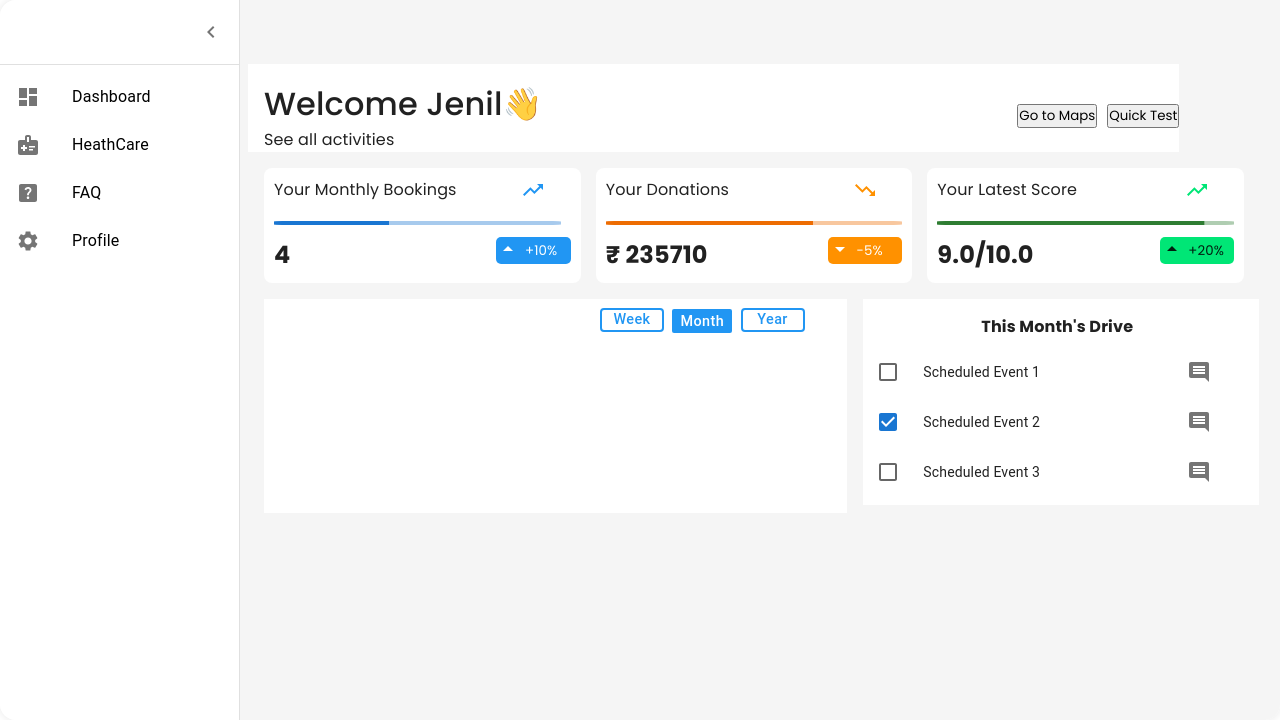
Repository: shubhampirate/Google_Solutions_Edural
Page: /dashboard
An editor plug-in stored every save of this project. The page is shown before and after the next save, followed by the edit.
The browser window is 1280 px wide. The pictures show the whole page.
The page's requests for data from a server got no answer. The project was rebuilt for these pictures with package versions that can differ from the ones it lists, and the page was loaded fresh each time. Some packages were replaced by stand-ins written for this rebuild. No one was signed in, and anything a server would have sent is missing. Also part of the build but not shown: src/Components/CustomButton.jsx, src/Components/Navbar.jsx, src/Components/Footer.jsx, src/Components/CongratsCard.jsx, src/pages/Hero/Hero.jsx, src/pages/Sign_in.jsx.

Above is the page before, as saved 2024-02-03 17:53:56.

### src/index.js
import React from "react";
import ReactDOM from "react-dom/client";
import "./index.css";
import { GoogleOAuthProvider } from '@react-oauth/google';
import App from "./App";
import { BrowserRouter } from "react-router-dom";
const root = ReactDOM.createRoot(
    document.getElementById("root"));
root.render(
    <BrowserRouter>
<GoogleOAuthProvider clientId="730379698185-cv7a59sok9sod43v04ee6g6pt4gtaea2.apps.googleusercontent.com">
        {/* <React.StrictMode> */}
            <App />
        {/* </React.StrictMode> */}
    </GoogleOAuthProvider>
    </BrowserRouter>

);

### src/App.jsx
import Hero from "./pages/Hero/Hero";
import Dashboard from "./pages/Dashboard/Dashboard";
import SignIn from "./pages/Sign_in";
import {useState} from "react";
import { Route, Routes } from "react-router-dom";
function App() {
  return (
    <>
      {/* <Hero />   */}
      {/* <SignIn /> */}
      <Routes>
        <Route path="/signin" element={<><SignIn /></>} />
        <Route path="/dashboard" element={<><Dashboard /></>} />
        {/* <Route path="/education" element={<><Education /></>} /> */}
        {/* <Route path="/health" element={<><Health /></>} /> */}
        {/* <Route path="/profile" element={<><Profile /></>} /> */}
        {/* <Route path="/finance" element={<><Finance /></>} /> */}
        {/* <Route path="/questions" element={<><Questions /></>} /> */}
        {/* <Route path="/retireaibot" element={<><Bot /></>} /> */}
        <Route path="/" element={<><Hero /></>} />
      </Routes>
         </>
  );
}

export default App;

### src/pages/Dashboard/Dashboard.jsx
import * as React from 'react';
import { styled, createTheme, ThemeProvider } from '@mui/material/styles';
import CssBaseline from '@mui/material/CssBaseline';
import MuiDrawer from '@mui/material/Drawer';
import Box from '@mui/material/Box';
import MuiAppBar from '@mui/material/AppBar';
import Toolbar from '@mui/material/Toolbar';
import {
  LinearProgress, ListItem, CircularProgress, Checkbox, ListItemText, Dialog, DialogActions, DialogContent,
  DialogContentText, DialogTitle, ListItemIcon, ListItemButton
} from '@mui/material';
import TrendingUpIcon from '@mui/icons-material/TrendingUp';
// import { PieChart } from '@mui/x-charts/PieChart';
// import { useDrawingArea } from '@mui/x-charts/hooks';
import TrendingDownIcon from '@mui/icons-material/TrendingDown';
import List from '@mui/material/List';
import Divider from '@mui/material/Divider';
import IconButton from '@mui/material/IconButton';
import ArrowDropUpIcon from '@mui/icons-material/ArrowDropUp';
import ArrowDropDownIcon from '@mui/icons-material/ArrowDropDown';
import Grid from '@mui/material/Grid';
import MenuIcon from '@mui/icons-material/Menu';
import ChevronLeftIcon from '@mui/icons-material/ChevronLeft';
import { mainListItems } from '../../Components/listItems';
import axios from 'axios';
import Button from '@mui/material/Button';
import CommentIcon from '@mui/icons-material/Comment';
import Swal from 'sweetalert2';
import { useState } from 'react';
import { useEffect } from 'react';
// import { Bar } from "react-chartjs-2";
// import { BarElement, CategoryScale, Chart as ChartJS, Legend, LinearScale, Title, Tooltip } from "chart.js";
// import GoogleTranslateComponent from '../../Components/GoogleTranslateComponent';
// import csacc from "../../media/csacc.png"
// import creditscoremodel from "../../media/creditscoremodel.png"
// import creditflow from "../../media/creditflowchart.png"
// ChartJS.register(CategoryScale, LinearScale, BarElement, Title, Tooltip, Legend);

const drawerWidth = 240;

const AppBar = styled(MuiAppBar, {
  shouldForwardProp: (prop) => prop !== 'open',
})(({ theme, open }) => ({
  zIndex: theme.zIndex.drawer + 1,
  transition: theme.transitions.create(['width', 'margin'], {
    easing: theme.transitions.easing.sharp,
    duration: theme.transitions.duration.leavingScreen,
  }),
  ...(open && {
    marginLeft: drawerWidth,
    width: `calc(100% - ${drawerWidth}px)`,
    transition: theme.transitions.create(['width', 'margin'], {
      easing: theme.transitions.easing.sharp,
      duration: theme.transitions.duration.enteringScreen,
    }),
  }),
}));

const Drawer = styled(MuiDrawer, { shouldForwardProp: (prop) => prop !== 'open' })(
  ({ theme, open }) => ({
    '& .MuiDrawer-paper': {
      position: 'relative',
      whiteSpace: 'nowrap',
      width: drawerWidth,
      transition: theme.transitions.create('width', {
        easing: theme.transitions.easing.sharp,
        duration: theme.transitions.duration.enteringScreen,
      }),
      boxSizing: 'border-box',
      ...(!open && {
        overflowX: 'hidden',
        transition: theme.transitions.create('width', {
          easing: theme.transitions.easing.sharp,
          duration: theme.transitions.duration.leavingScreen,
        }),
        width: theme.spacing(7),
        [theme.breakpoints.up('sm')]: {
          width: theme.spacing(9),
        },
      }),
    },
  }),
);

var currentDate = new Date();

var months = [
  "January", "February", "March", "April", "May", "June",
  "July", "August", "September", "October", "November", "December"
];

var formattedDate = months[currentDate.getMonth()] + " " + currentDate.getDate() + ", " + currentDate.getFullYear();

const defaultTheme = createTheme();

export default function Dashboard() {
  const [open, setOpen] = React.useState(true);
  const toggleDrawer = () => {
    setOpen(!open);
  };

  const [expensedata, setExpensedata] = useState([])

  useEffect(() => {
    loadList();
  }, []);


  const loadList = async () => {
    const result = await axios.get(`https://wixstocle.pythonanywhere.com/api/expense/`, {
      headers: { "Authorization": `Token 11c868750d92deda81638c5a9a59177bdc7ae41a` },
    });
    console.log(result.data.data);
    setExpensedata(result.data.data);
  }

  const getLabels = () => expensedata.slice(-5).map(data => data.date);

  const getData = (key) => expensedata.slice(-5).map(data => data[key]);

  const optionsexpense = {
    indexAxis: 'x',
    elements: {
      bar: {
        borderWidth: 0,
      },
    },
    responsive: true,
    interaction: {
      mode: 'index',
      intersect: false,
    },
    scales: {
      x: {
        stacked: false,
      },
      y: {
        stacked: false,
      },
    },
    plugins: {
      legend: {
        position: 'top',
      }
    },
  };

  const dataexpense = {
    labels: getLabels(),
    datasets: [
      {
        label: 'Revenue',
        data: getData('income'),
        backgroundColor: '#2196f3',
      },
      {
        label: 'Spendings',
        data: getData('expense'),
        backgroundColor: '#ff9100',
      },
      {
        label: 'Savings',
        data: getData('savings'),
        backgroundColor: '#00e676',
      },
    ],
  };

  const today = new Date();
  const year = today.getFullYear();
  const month = String(today.getMonth() + 1).padStart(2, '0'); // Months are zero-based
  const day = String(today.getDate()).padStart(2, '0');

  const todayDate = `${year}-${month}-${day}`;

  const [userData, setUserData] = React.useState({
    income: '',
    savings: '',
    expense: '',
    date: todayDate,
    user: "tony@gmail.com"
  });

  const handleChangePlan = (field, value) => {
    setUserData((prevData) => ({ ...prevData, [field]: value }));
  };
  const creditscore = 87.4;

  const handlePostData = () => {
    console.log(userData);
    fetch(`https://wixstocle.pythonanywhere.com/api/expense/`, {
      method: 'POST',
      headers: {
        "Authorization": `Token 11c868750d92deda81638c5a9a59177bdc7ae41a`,
        'Content-Type': 'application/json',
      },
      body: JSON.stringify(userData),
    })
      .then((response) => response.json())
      .then((data) => {
        // console.log(data);
        if (data.status == true) {
          Swal.fire({
            icon: 'success',
            title: 'Successfully Saved the details',
            showConfirmButton: false,
            timer: 3000
          })
          setExpensedata([...expensedata, userData]);
        }
        else {
          Swal.fire({
            icon: 'error',
            title: data.message,
            showConfirmButton: false,
            timer: 3000
          })
        }
      });
  };


//   function PieCenterLabel({ children }) {
//     const { width, height, left, top } = useDrawingArea();
//     return (
//       <StyledText x={left + width / 2} y={top + height / 2}>
//         {children}
//       </StyledText>
//     );
//   }

  const [checked, setChecked] = React.useState([1]);

  const handleToggle = (value) => () => {
    const currentIndex = checked.indexOf(value);
    const newChecked = [...checked];

    if (currentIndex === -1) {
      newChecked.push(value);
    } else {
      newChecked.splice(currentIndex, 1);
    }

    setChecked(newChecked);
  };
  return (
    <ThemeProvider theme={defaultTheme}>
      <Box sx={{ display: 'flex', borderRadius: '16px', overflow: 'hidden', boxShadow: '0px 0px 10px rgba(0, 0, 0, 0.1)' }} >
        <CssBaseline />
        <AppBar position="absolute" open={open} sx={{ backgroundColor: "whitesmoke", boxShadow: 'none' }}>
          <Toolbar
            sx={{
              pr: '24px', // keep right padding when drawer closed
              display: 'flex',
              alignItems: 'center',
              justifyContent: 'space-between',
            }}>
            <Box sx={{ display: 'flex', alignItems: 'center' }}>
              <IconButton
                edge="start"
                aria-label="open drawer"
                onClick={toggleDrawer}
                sx={{
                  marginRight: '36px',
                  ...(open && { display: 'none' }),
                  backgroundColor: "#fff"
                }}>
                <MenuIcon />
              </IconButton>
            </Box>
          </Toolbar>
        </AppBar>
        <Drawer variant="permanent" open={open}>
          <Toolbar
            sx={{
              display: 'flex',
              alignItems: 'center',
              justifyContent: 'flex-end',
              px: [1],
            }}
          >
            {/* <GoogleTranslateComponent /> */}
            <IconButton onClick={toggleDrawer}>
              <ChevronLeftIcon />
            </IconButton>
          </Toolbar>
          <Divider />
          <List component="nav">
            {mainListItems}
          </List>
        </Drawer>
        <Box
          component="main"
          sx={{
            backgroundColor: (theme) =>
              theme.palette.mode === 'light'
                ? theme.palette.grey[100]
                : theme.palette.grey[900],
            flexGrow: 1,
            height: '100vh',
            overflow: 'auto',
          }}>
          <Toolbar />
          <div>
      <Grid container spacing={2} marginTop="0.02rem" paddingLeft={3} paddingRight={2}>
        <Grid item xs={6} style={{ backgroundColor: "white"}} >
          <div style={{ fontSize: '2rem', fontWeight: '500' }}>Welcome Jenil👋</div>
          <div>See all activities</div>
        </Grid>
        <Grid item xs={5} display="flex" justifyContent="flex-end" alignItems="center" style={{ backgroundColor: "white"}}>
          <button style={{ /* Add your button styles */ }}>Go to Maps</button>
          <button style={{ marginLeft: '10px' /* Add your button styles */ }}>Quick Test</button>
        </Grid>
      </Grid>
    </div>

          <Grid container spacing={2} marginTop="1rem" paddingLeft={5} paddingRight={2}>
            <Grid item xs={12} md={3.8} style={{ backgroundColor: "white", padding: "10px", marginRight: "15px", borderRadius: "0.5rem" }}>
              <Grid item xs={12}>
                <Grid container>
                  <Grid item xs={10}><div>Your Monthly Bookings</div></Grid>
                  <Grid item xs={2}><TrendingUpIcon sx={{ color: "#2196f3" }} /></Grid>
                </Grid>
                <Grid item xs={12}>
                  <LinearProgress variant="determinate" value={40} sx={{ color: "#2196f3", borderRadius: "10%", margin: "12px 10px 12px 0px" }} />
                </Grid>
                <Grid item xs={12}>
                  <Grid container>
                    <Grid item xs={9}>
                       <div style={{ fontSize: "1.5rem", fontWeight: "550" }}> 4</div>
                    </Grid>
                    <Grid item xs={3} style={{ backgroundColor: "#2196f3", color: "white", borderRadius: "5px", height: "1.65rem" }}>
                      <ArrowDropUpIcon /> <sup>+10%</sup>
                    </Grid>
                  </Grid>
                </Grid>
              </Grid>
            </Grid>
            <Grid item xs={12} md={3.8} style={{ backgroundColor: "white", padding: "10px", marginRight: "15px", borderRadius: "0.5rem" }}>
              <Grid item xs={12}>
                <Grid container>
                  <Grid item xs={10}><div>Your Donations</div></Grid>
                  <Grid item xs={2}><TrendingDownIcon sx={{ color: "#ff9100" }} /></Grid>
                </Grid>
                <Grid item xs={12}>
                  <LinearProgress variant="determinate" value={70} color='warning' sx={{ borderRadius: "10%", margin: "12px 0px" }} />
                </Grid>
                <Grid item xs={12}>
                  <Grid container>
                    <Grid item xs={9}>
                   <div style={{ fontSize: "1.5rem", fontWeight: "550" }}>₹ 235710</div>
                    </Grid>
                    <Grid item xs={3} style={{ backgroundColor: "#ff9100", color: "white", borderRadius: "5px", height: "1.65rem" }}>
                      <ArrowDropDownIcon /> <sup>-5%</sup>
                    </Grid>
                  </Grid>
                </Grid>
              </Grid>
            </Grid>
            <Grid item xs={12} md={3.8} style={{ backgroundColor: "white", padding: "10px", marginRight: "15px", borderRadius: "0.5rem" }}>
              <Grid item xs={12}>
                <Grid container>
                  <Grid item xs={10}><div>Your Latest Score</div></Grid>
                  <Grid item xs={2}><TrendingUpIcon sx={{ color: "#00e676" }} /></Grid>
                </Grid>
                <Grid item xs={12}>
                  <LinearProgress variant="determinate" value={90} color="success" style={{ borderRadius: "10%", margin: "12px 0px" }} />
                </Grid>
                <Grid item xs={12}>
                  <Grid container>
                    <Grid item xs={9}>
 <div style={{ fontSize: "1.5rem", fontWeight: "550" }}> 9.0/10.0</div>
                    </Grid>
                    <Grid item xs={3} style={{ backgroundColor: "#00e676", borderRadius: "5px", height: "1.65rem" }}>
                      <ArrowDropUpIcon /> <sup>+20%</sup>
                    </Grid>
                  </Grid>
                </Grid>
              </Grid>
            </Grid>
            {/* <Grid item xs={12} md={2.5} style={{ backgroundColor: "white", padding: "10px", borderRadius: "0.5rem" }}> */}
              {/* <Grid container spacing={2}> */}
                {/* <Grid item xs={12}>Today's Savings Deal</Grid> */}
                {/* <Grid item xs={12}>
                  <LinearProgress variant="determinate" value={0} color='secondary' sx={{ borderRadius: "10%", margin: "3px 0px" }} />
                </Grid> */}
                {/* <Grid item xs={12} sx={{ fontWeight: "550", marginTop: "-10px" }}>Buy Doctor Shoes from Amazon and save over <br />₹ 1500</Grid> */}
              {/* </Grid> */}
            {/* </Grid> */}
          </Grid>
          <Grid container spacing={2} marginTop="1rem" paddingLeft={5} paddingRight={2} marginBottom={2}>
            <Grid item xs={7} sx={{ backgroundColor: "white", padding: "5px", marginRight: "1rem" }}>
              <Grid container spacing={2} padding={1}>
                <Grid xs={7}></Grid>
                <Grid xs={1.5}><Button style={{
                  borderColor: "#2196f3", color: "#2196f3", height: "1.5rem", textTransform: "capitalize",
                  fontSize: "0.9rem", border: "2px solid", textAlign: "left"
                }}>Week</Button></Grid>
                <Grid xs={1.5}><Button style={{
                  backgroundColor: "#2196f3", color: "white", height: "1.75rem", textTransform: "capitalize",
                  fontSize: "0.9rem", border: "2px solid", textAlign: "left"
                }}>Month</Button></Grid>
                <Grid xs={1}><Button style={{
                  borderColor: "#2196f3", color: "#2196f3", height: "1.5rem", textTransform: "capitalize",
                  fontSize: "0.9rem", border: "2px solid", textAlign: "left"
                }}>Year</Button></Grid>
                <Grid xs={12} marginTop={2}>
                  {/* <Bar options={optionsexpense} data={dataexpense} /> */}
                </Grid>
              </Grid>
            </Grid>
            <Grid item xs={4.75} >
              <Grid container spacing={2} >

                <Grid item xs={12}>
                  <Grid container spacing={2} sx={{ backgroundColor: "white", marginBottom: "0.5rem" }}>
                    <Grid item xs={12} style={{ textAlign: "center", marginLeft: "-0.75rem", fontWeight: "600" }}>This Month's Drive</Grid>
                    <List sx={{ width: '100%', maxWidth: 360, bgcolor: 'background.paper' }}>
                      {[0, 1, 2].map((value) => {
                        const labelId = `checkbox-list-label-${value}`;
                        return (
                          <ListItem
                            key={value}
                            secondaryAction={
                              <IconButton edge="end" aria-label="comments">
                                <CommentIcon />
                              </IconButton>
                            }
                            disablePadding
                          >
                            <ListItemButton role={undefined} onClick={handleToggle(value)} dense>
                              <ListItemIcon>
                                <Checkbox
                                  edge="start"
                                  checked={checked.indexOf(value) !== -1}
                                  tabIndex={-1}
                                  disableRipple
                                  inputProps={{ 'aria-labelledby': labelId }}
                                />
                              </ListItemIcon>
                              <ListItemText id={labelId} style={{ marginLeft: "-0.75rem" }} primary={`Scheduled Event ${value + 1}`} />
                            </ListItemButton>
                          </ListItem>
                        );
                      })}
                    </List>
                  </Grid>
                </Grid>
              </Grid>
            </Grid>
          </Grid>

        </Box>
      </Box >
    </ThemeProvider >
  );
}

### src/Components/listItems.jsx
import * as React from 'react';
import ListItemButton from '@mui/material/ListItemButton';
import ListItemIcon from '@mui/material/ListItemIcon';
import ListItemText from '@mui/material/ListItemText';
import DashboardIcon from '@mui/icons-material/Dashboard';
import MedicalInformationIcon from '@mui/icons-material/MedicalInformation';
import SavingsIcon from '@mui/icons-material/Savings';
import SchoolIcon from '@mui/icons-material/School';
import HelpCenterIcon from '@mui/icons-material/HelpCenter';
import SettingsIcon from '@mui/icons-material/Settings';
import SmartToyIcon from '@mui/icons-material/SmartToy';
import { Link } from 'react-router-dom';
// import GoogleTranslateComponent from './GoogleTranslateComponent';


export const mainListItems = (
  <>
    <React.Fragment>
      <Link to="/dashboard" style={{ textDecoration: "none", color: "black" }}>
        <ListItemButton>
          <ListItemIcon>
            <DashboardIcon />
          </ListItemIcon>
          <ListItemText primary="Dashboard" />
        </ListItemButton>
      </Link>
      <Link to="/health" style={{ textDecoration: "none", color: "black" }}>
        <ListItemButton>
          <ListItemIcon>
            <MedicalInformationIcon />
          </ListItemIcon>
          <ListItemText primary="HeathCare" />
        </ListItemButton>
      </Link>
      {/* <Link to="/finance" style={{ textDecoration: "none", color: "black" }}>
        <ListItemButton>
          <ListItemIcon>
            <SavingsIcon />
          </ListItemIcon>
          <ListItemText primary="Finance Planning" />
        </ListItemButton>
      </Link> */}
      {/* <Link to="/education" style={{ textDecoration: "none", color: "black" }}>
        <ListItemButton>
          <ListItemIcon>
            <SchoolIcon />
          </ListItemIcon>
          <ListItemText primary="Educational Service" />
        </ListItemButton>
      </Link> */}
      <Link to="/questions" style={{ textDecoration: "none", color: "black" }}>
        <ListItemButton>
          <ListItemIcon>
            <HelpCenterIcon />
          </ListItemIcon>
          <ListItemText primary="FAQ" />
        </ListItemButton>
      </Link>
      <Link to="/profile" style={{ textDecoration: "none", color: "black" }}>
        <ListItemButton>
          <ListItemIcon>
            <SettingsIcon />
          </ListItemIcon>
          <ListItemText primary="Profile" />
        </ListItemButton>
      </Link>
      {/* <Link to="/retireaibot" style={{ textDecoration: "none", color: "black" }}>
        <ListItemButton>
          <ListItemIcon>
            <SmartToyIcon />
          </ListItemIcon>
          <ListItemText primary="Retire AI Bot" />
        </ListItemButton>
      </Link> */}
    </React.Fragment >
  </>
);

// export const secondaryListItems = (
//   <React.Fragment>
//     <ListSubheader component="div" inset>
//       Saved reports
//     </ListSubheader>
//     <ListItemButton>
//       <ListItemIcon>
//         <AssignmentIcon />
//       </ListItemIcon>
//       <ListItemText primary="Current month" />
//     </ListItemButton>
//     <ListItemButton>
//       <ListItemIcon>
//         <AssignmentIcon />
//       </ListItemIcon>
//       <ListItemText primary="Last quarter" />
//     </ListItemButton>
//     <ListItemButton>
//       <ListItemIcon>
//         <AssignmentIcon />
//       </ListItemIcon>
//       <ListItemText primary="Year-end sale" />
//     </ListItemButton>
//   </React.Fragment>
// );

Loaded but not shown: public/index.html (common file); src/index.css (common file)

After the next save:
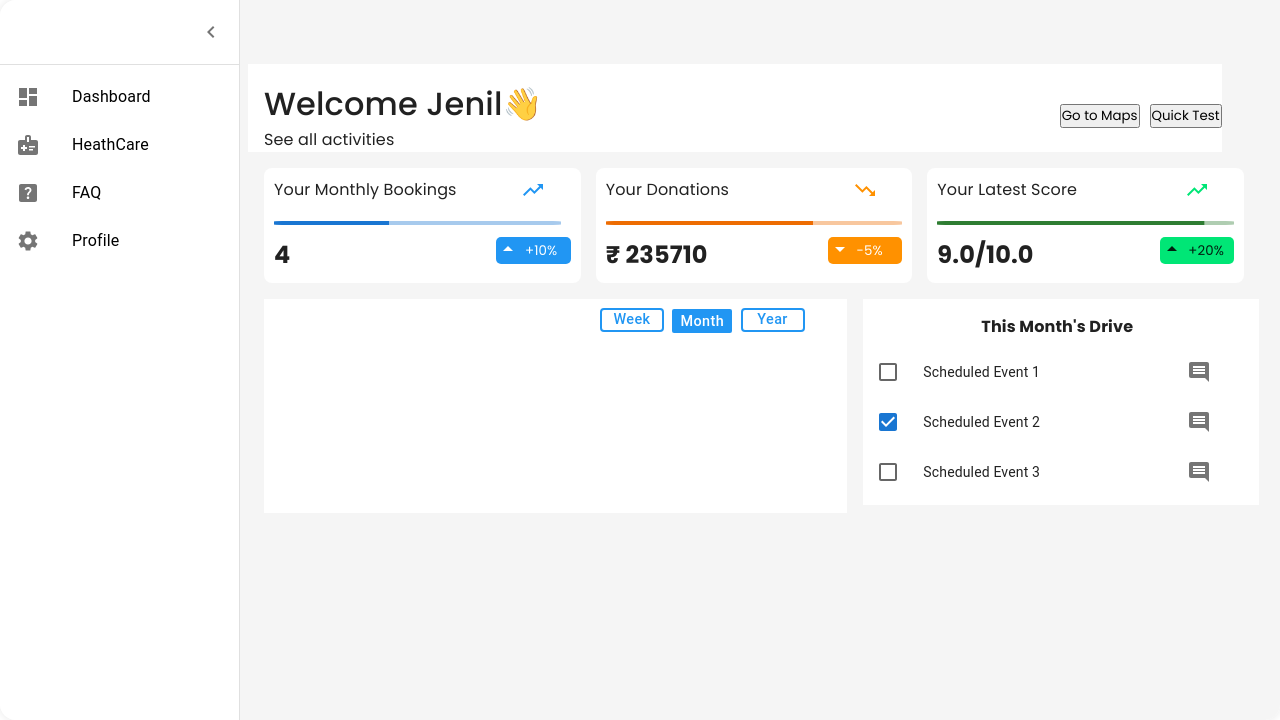
Saved 8 s later.
--- a/src/pages/Dashboard/Dashboard.jsx
+++ b/src/pages/Dashboard/Dashboard.jsx
@@ -307,7 +307,7 @@ export default function Dashboard() {
           <div style={{ fontSize: '2rem', fontWeight: '500' }}>Welcome Jenil👋</div>
           <div>See all activities</div>
         </Grid>
-        <Grid item xs={5} display="flex" justifyContent="flex-end" alignItems="center" style={{ backgroundColor: "white"}}>
+        <Grid item xs={5.5} display="flex" justifyContent="flex-end" alignItems="center" style={{ backgroundColor: "white"}}>
           <button style={{ /* Add your button styles */ }}>Go to Maps</button>
           <button style={{ marginLeft: '10px' /* Add your button styles */ }}>Quick Test</button>
         </Grid>
